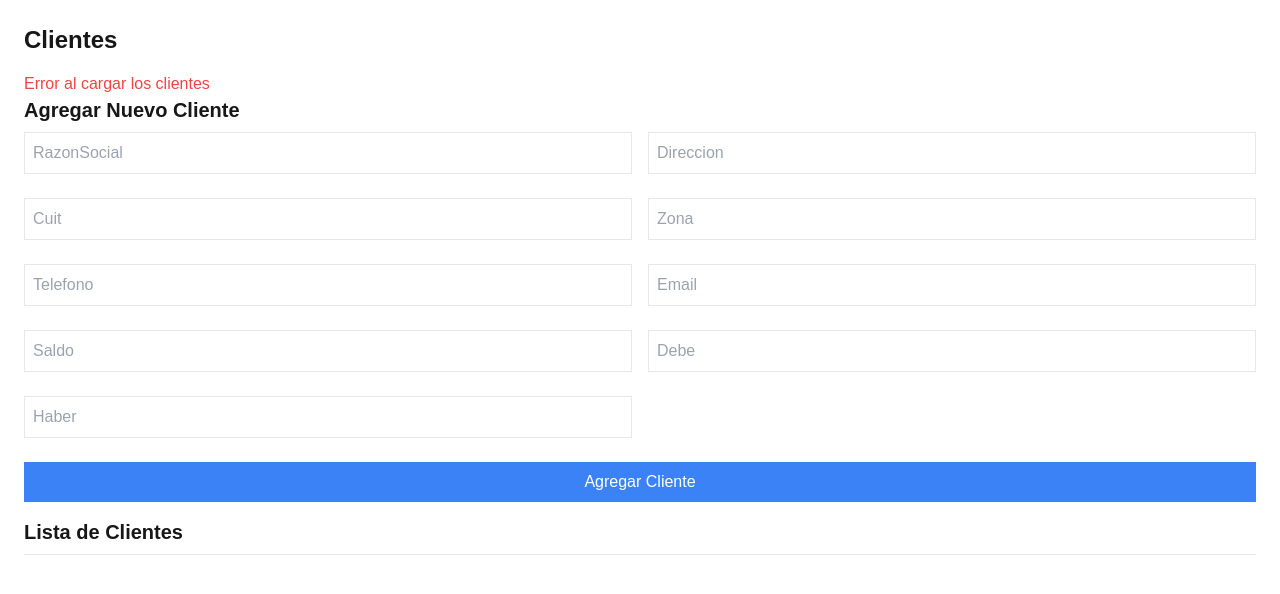
Repository: manucavallera/Sistema-Gestion
Page: /clientes
An editor plug-in stored every save of this project. The page is shown before and after the next save, followed by the edit.
The browser window is 1280 px wide. The pictures show the whole page.
The page's requests for data from a server got no answer. The project was rebuilt for these pictures with package versions that can differ from the ones it lists, and the page was loaded fresh each time. The framework's server and built-in components were replaced by stand-ins that run in the browser. No one was signed in, and anything a server would have sent is missing. Also part of the build but not shown: next.config.mjs.

Above is the page before, as saved 2024-11-20 19:01:45.

After the next save:
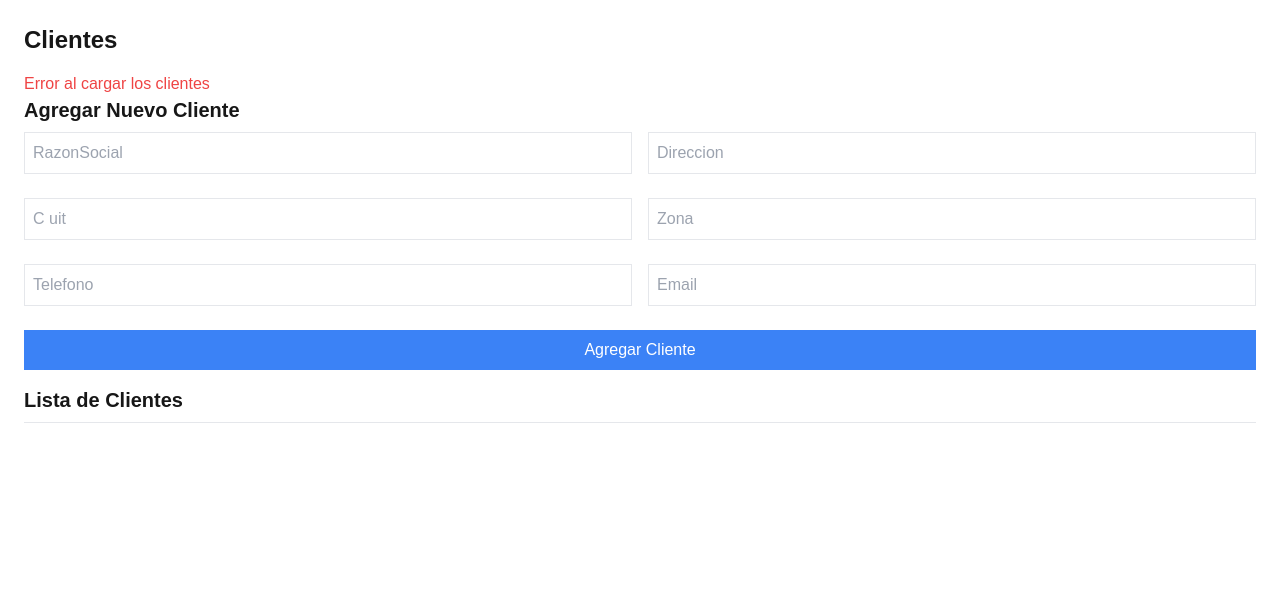
Saved 79 s later.
--- a/src/app/clientes/page.tsx
+++ b/src/app/clientes/page.tsx
@@ -111,41 +111,24 @@
         {clienteActual ? "Editar Cliente" : "Agregar Nuevo Cliente"}
       </h2>
       <form onSubmit={handleSubmit} className='mb-4 grid grid-cols-2 gap-4'>
-        {[
-          "razonSocial",
-          "direccion",
-          "cuit",
-          "zona",
-          "telefono",
-          "email",
-          "saldo",
-          "debe",
-          "haber",
-        ].map((field, index) => (
-          <input
-            key={index}
-            type={
-              field === "saldo" || field === "debe" || field === "haber"
-                ? "number"
-                : field === "email"
-                ? "email"
-                : "text"
-            }
-            placeholder={field.charAt(0).toUpperCase() + field.slice(1)}
-            value={clienteActual?.[field as keyof Cliente] || ""}
-            onChange={(e) =>
-              setClienteActual({
-                ...clienteActual,
-                [field]:
-                  field === "saldo" || field === "debe" || field === "haber"
-                    ? Number(e.target.value)
-                    : e.target.value,
-              })
-            }
-            required={field !== "telefono" && field !== "email"}
-            className='border p-2 mb-2 w-full'
-          />
-        ))}
+        {["razonSocial", "direccion", "c uit", "zona", "telefono", "email"].map(
+          (field, index) => (
+            <input
+              key={index}
+              type={field === "email" ? "email" : "text"}
+              placeholder={field.charAt(0).toUpperCase() + field.slice(1)}
+              value={clienteActual?.[field as keyof Cliente] || ""}
+              onChange={(e) =>
+                setClienteActual({
+                  ...clienteActual,
+                  [field]: e.target.value,
+                })
+              }
+              required={field !== "telefono" && field !== "email"}
+              className='border p-2 mb-2 w-full'
+            />
+          )
+        )}
         <button type='submit' className='bg-blue-500 text-white p-2 col-span-2'>
           {clienteActual ? "Actualizar Cliente" : "Agregar Cliente"}
         </button>

After the save that followed:
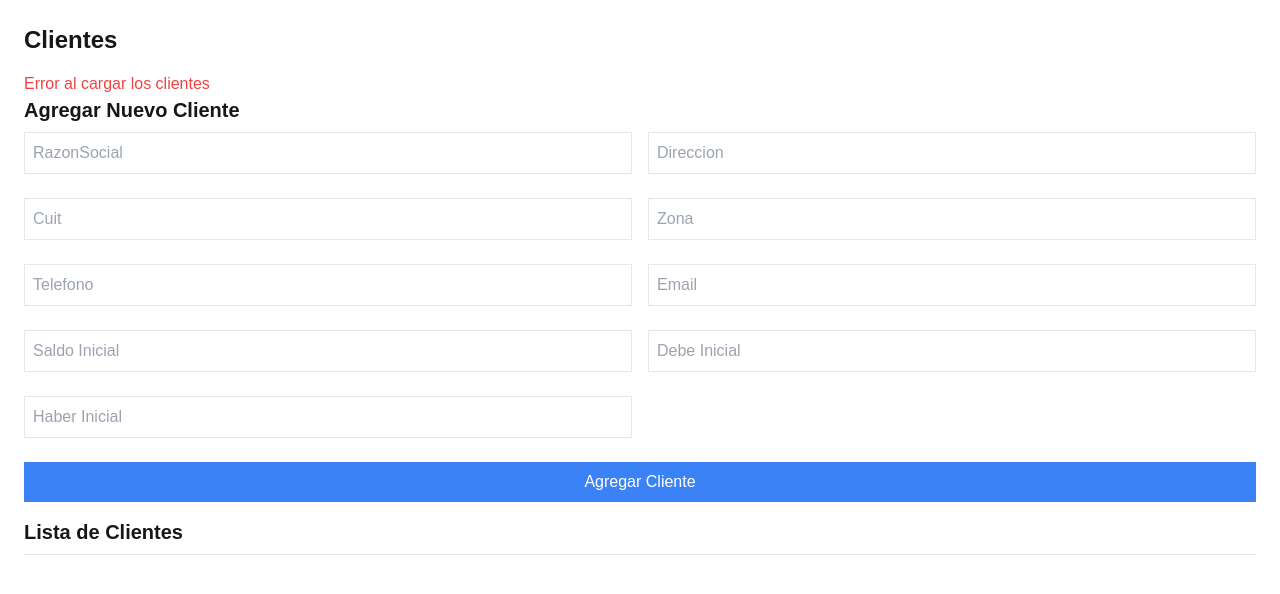
Saved 2 min 25 s later.
--- a/src/app/clientes/page.tsx
+++ b/src/app/clientes/page.tsx
@@ -111,7 +111,7 @@
         {clienteActual ? "Editar Cliente" : "Agregar Nuevo Cliente"}
       </h2>
       <form onSubmit={handleSubmit} className='mb-4 grid grid-cols-2 gap-4'>
-        {["razonSocial", "direccion", "c uit", "zona", "telefono", "email"].map(
+        {["razonSocial", "direccion", "cuit", "zona", "telefono", "email"].map(
           (field, index) => (
             <input
               key={index}
@@ -129,6 +129,42 @@
             />
           )
         )}
+        <input
+          type='number'
+          placeholder='Saldo Inicial'
+          value={clienteActual?.saldo || ""}
+          onChange={(e) =>
+            setClienteActual({
+              ...clienteActual,
+              saldo: Number(e.target.value),
+            })
+          }
+          className='border p-2 mb-2 w-full'
+        />
+        <input
+          type='number'
+          placeholder='Debe Inicial'
+          value={clienteActual?.debe || ""}
+          onChange={(e) =>
+            setClienteActual({
+              ...clienteActual,
+              debe: Number(e.target.value),
+            })
+          }
+          className='border p-2 mb-2 w-full'
+        />
+        <input
+          type='number'
+          placeholder='Haber Inicial'
+          value={clienteActual?.haber || ""}
+          onChange={(e) =>
+            setClienteActual({
+              ...clienteActual,
+              haber: Number(e.target.value),
+            })
+          }
+          className='border p-2 mb-2 w-full'
+        />
         <button type='submit' className='bg-blue-500 text-white p-2 col-span-2'>
           {clienteActual ? "Actualizar Cliente" : "Agregar Cliente"}
         </button>
